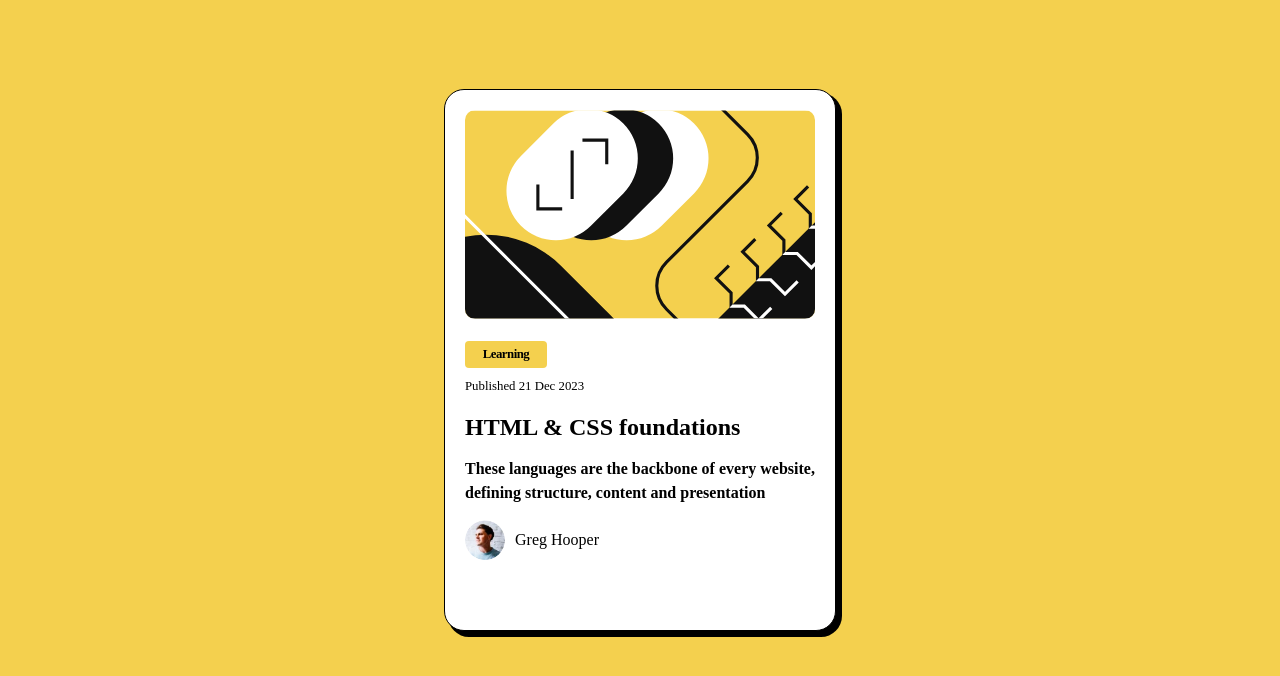
Repository: brandontaylor1/blogpreviewcard
Page: index.html
The author's editor kept a copy of each file at every save. The page is drawn from the files as they stood at one save, then again after the next save.
The browser window is 1280 px wide. The pictures show the whole page.

Above is the page before, as saved 2024-12-25 12:02:01.

### index.html
<!DOCTYPE html>
<html lang="en">
<head>
    <meta charset="UTF-8">
    <meta name="viewport" content="width=device-width, initial-scale=1.0">
    <link rel="stylesheet" href="./index.css">
    <title>HTML & CSS Foundations</title>
</head>
<body>
    <main class="container">
        <div class="img-container">
            <img src="./images/illustration-article.svg" class="heading-img" alt="">
        </div>
        <div class="card-content">
            <p id="learning-tag">Learning</p>
            <div class="card-content-text">
                <p>Published 21 Dec 2023</p>
                <h2>HTML & CSS foundations</h2>
                <h3>These languages are the backbone of every website, defining structure, content and presentation</h3>
            </div>
        </div>
        <div class="user-footer">
            <img src="./images/image-avatar.webp" alt="person-image">
            <p>Greg Hooper</p>
        </div>
    </main>

    <script src="index.js"></script>
</body>
</html>

### index.css
:root {
    /* COLORS */
    --primary-yellow: hsl(47, 88%, 63%);
    --primary-white: hsl(0, 0%, 100%);
    --primary-gray-reg: hsl(0, 0%, 42%);
    --primary-gray-bold: hsl(0, 0%, 7%);

    --main-font-size: 16px;

    --main-font-family: url('../fonts/Figtree-SemiBold.ttf');
    --main-font-family-bold: url('../fonts/Figtree-Bold.ttf');
    --main-font-weight-reg: 500;
    --main-font-weight-bold: 800;
}

    @font-face {
        font-family: 'Figtree';
        src: var(--main-font-family);
        font-weight: var(--main-font-weight-reg);
    }

    @font-face {
        font-family: 'Figtree-Bold';
        src: var(--main-font-family-bold);
        font-weight: var(--main-font-weight-bold);
    }


body {
    box-sizing: border-box;
    margin: 0;
    padding: 0;
    height: 100vh;
    display: flex;
    align-items: center;
    justify-content: center;
    background-color: var(--primary-yellow);
}

.container {
    width: 350px;
    height: 500px;
    margin: 0 auto;
    padding: 0 20px;
    background-color: var(--primary-white);
    width: 350px;
    padding: 20px;
    border-radius: 20px;
    border: 1px solid black;
    box-shadow: 5px 5px 0 1px rgba(0, 0, 0, 1);
    transition: all 0.3s ease;
}

.container:hover {
    box-shadow: 0 0 0 0 rgba(0, 0, 0, 0.5);
    height: 495px;
    width: 345px;
}

.heading-img {
    width: 100%;
    margin-bottom: 5px;
    border-radius: 10px;
}

.card-content {
    width: 100%;
    display: flex;
    flex-direction: column;
    align-items: left;
    justify-content: space-between;
}

#learning-tag {
    background-color: var(--primary-yellow);
    padding: 6px 1px;
    border-radius: 4px;
    font-size: .8rem;
    font-weight: var(--main-font-weight-bold);
    width: 80px;
    text-align: center;
    letter-spacing: -.5px;

}

.card-content-text {
    margin-top: -15px;
    font-size: .8rem;
    font-family: var(--main-font-family);
}

.card-content-text h2 {
    font-size: 1.5rem;
    font-weight: var(--main-font-weight-bold);
    margin-bottom: 10px;
    transition: color 0.3s ease;
}

.card-content-text h2:hover {
    color: var(--primary-yellow)

}

.card-content-text h3 {
    font-size: 1rem;
    line-height: 1.5;
    margin-bottom: 10px;
}

.user-footer {
    display: flex;
    align-items: center;

}

.user-footer img {
    width: 40px;
    height: 40px;
    border-radius: 50%;
    margin-right: 10px;
}

Loaded but not shown: index.js (no stored copy; drawn as an empty file)

After the next save:
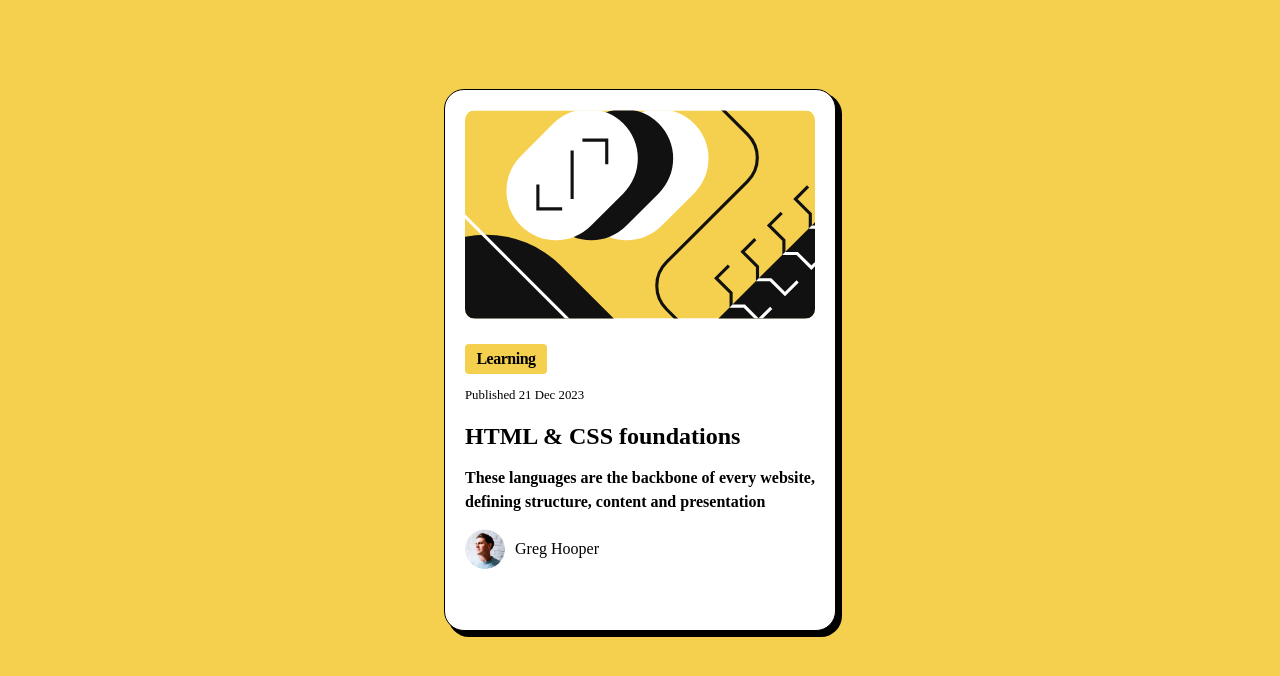
Saved 86 s later.
--- a/index.css
+++ b/index.css
@@ -75,6 +75,7 @@
     background-color: var(--primary-yellow);
     padding: 6px 1px;
     border-radius: 4px;
+    font
     font-size: .8rem;
     font-weight: var(--main-font-weight-bold);
     width: 80px;

After the save that followed:
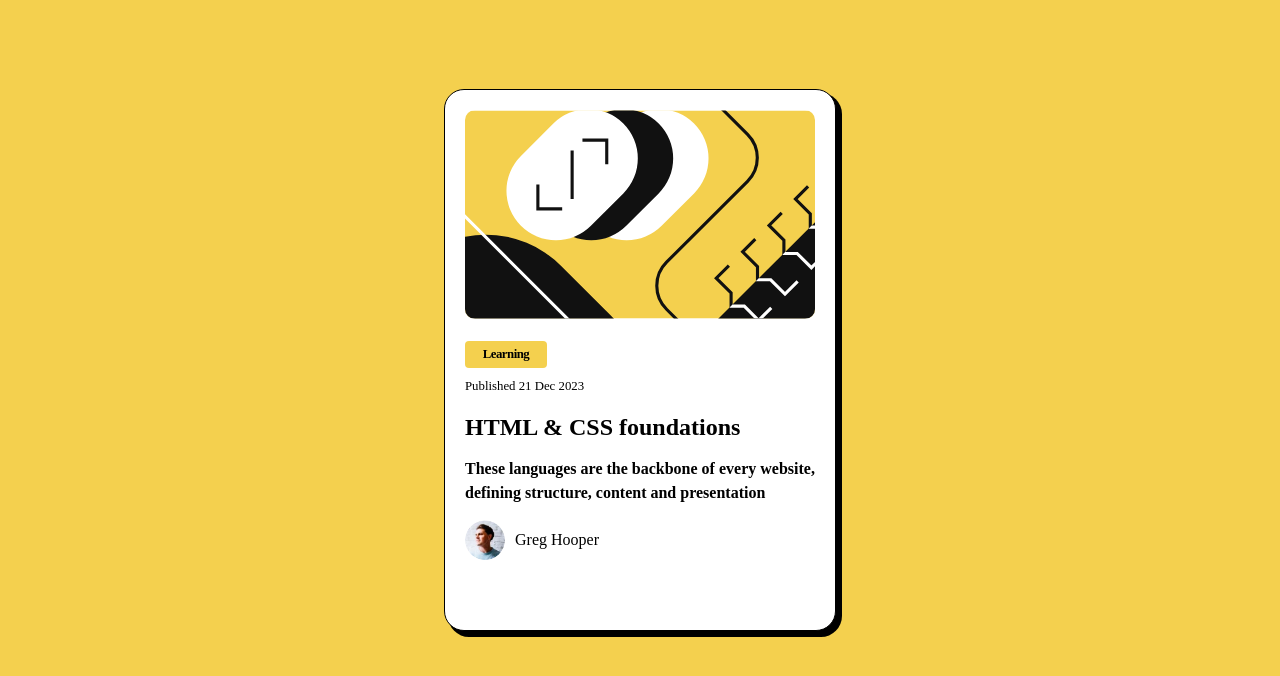
Saved 7 s later.
--- a/index.css
+++ b/index.css
@@ -75,7 +75,7 @@
     background-color: var(--primary-yellow);
     padding: 6px 1px;
     border-radius: 4px;
-    font
+    font-family: "Figtree";
     font-size: .8rem;
     font-weight: var(--main-font-weight-bold);
     width: 80px;
